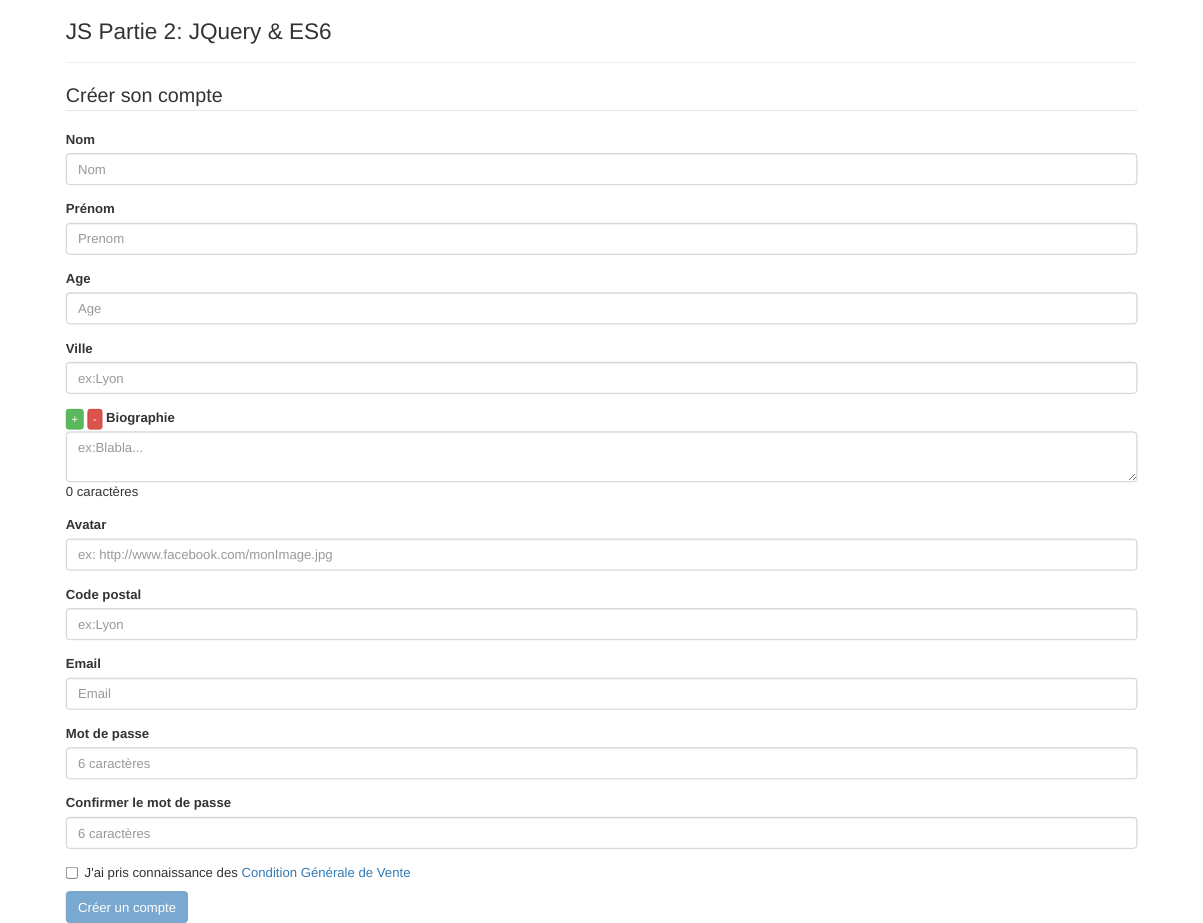
Repository: Symfomany/WildJQueryForm
Page: index.html
These files come from the project's save history. The page is drawn as it stood at one moment and after the next save; the edit follows.
The browser window is 1280 px wide. The pictures show the whole page, at 94% of full size.

Above is the page before, as saved 2017-03-06 07:02:58.

### index.html
<!DOCTYPE html>
<html lang="en">

<head>
    <title></title>
    <meta charset="UTF-8">
    <meta name="viewport" content="width=device-width, initial-scale=1">
    <!-- Latest compiled and minified CSS & JS -->
    <link rel="stylesheet" media="screen" href="http://netdna.bootstrapcdn.com/bootstrap/3.3.4/css/bootstrap.min.css">

</head>

<body>

    <div class="container">

        <h3>JS Partie 2: JQuery & ES6</h3>
        <hr />


        <form action="" method="POST" role="form">
            <legend>Créer son compte</legend>

            <div class="form-group">
                <label for="">Nom</label>
                <input type="text" class="form-control" id="nom" placeholder="Nom">
            </div>

            <div class="form-group">
                <label for="">Prénom</label>
                <input type="text" class="form-control" id="prenom" placeholder="Prenom">
            </div>

            <div class="form-group">
                <label for="">Age</label>
                <input type="text" class="form-control" id="age" placeholder="Age">
            </div>

            <div class="form-group">
                <label for="">Ville</label>
                <input type="text" class="form-control" id="ville" placeholder="ex:Lyon">
            </div>

            <div class="form-group">
                <button class="btn btn-xs btn-success">+</button>
                <button class="btn btn-xs btn-danger">-</button>
                <label for="">Biographie</label>
                <textarea class="form-control" id="biography" placeholder="ex:Blabla..."></textarea>
                <span id="nbCars">0</span> caractères
            </div>



            <div class="form-group">
                <label for="">Avatar</label>
                <input type="url" class="form-control" id="avatar" placeholder="ex: http://www.facebook.com/monImage.jpg">
            </div>

            <div class="form-group">
                <label for="">Code postal</label>
                <input type="text" class="form-control" id="cp" placeholder="ex:Lyon">
            </div>

            <div class="form-group">
                <label for="">Email</label>
                <input type="email" class="form-control" id="email" placeholder="Email">
            </div>

            <div class="form-group">
                <label for="">Mot de passe</label>
                <input type="password" class="form-control" id="password" placeholder="6 caractères">
            </div>

            <div class="form-group">
                <label for="">Confirmer le mot de passe</label>
                <input type="password" class="form-control" id="password" placeholder="6 caractères">
            </div>


            <div class="checkbox">
                <label>
                    <input type="checkbox"> J'ai pris connaissance des <a>Condition Générale de Vente</a>
                </label>
            </div>


            <button disabled type="submit" class="btn btn-primary">Créer un compte</button>
        </form>


    </div>

    <script src="http://code.jquery.com/jquery.js"></script>
    <script src="http://netdna.bootstrapcdn.com/bootstrap/3.3.4/js/bootstrap.min.js"></script>

</body>

</html>

After the next save:
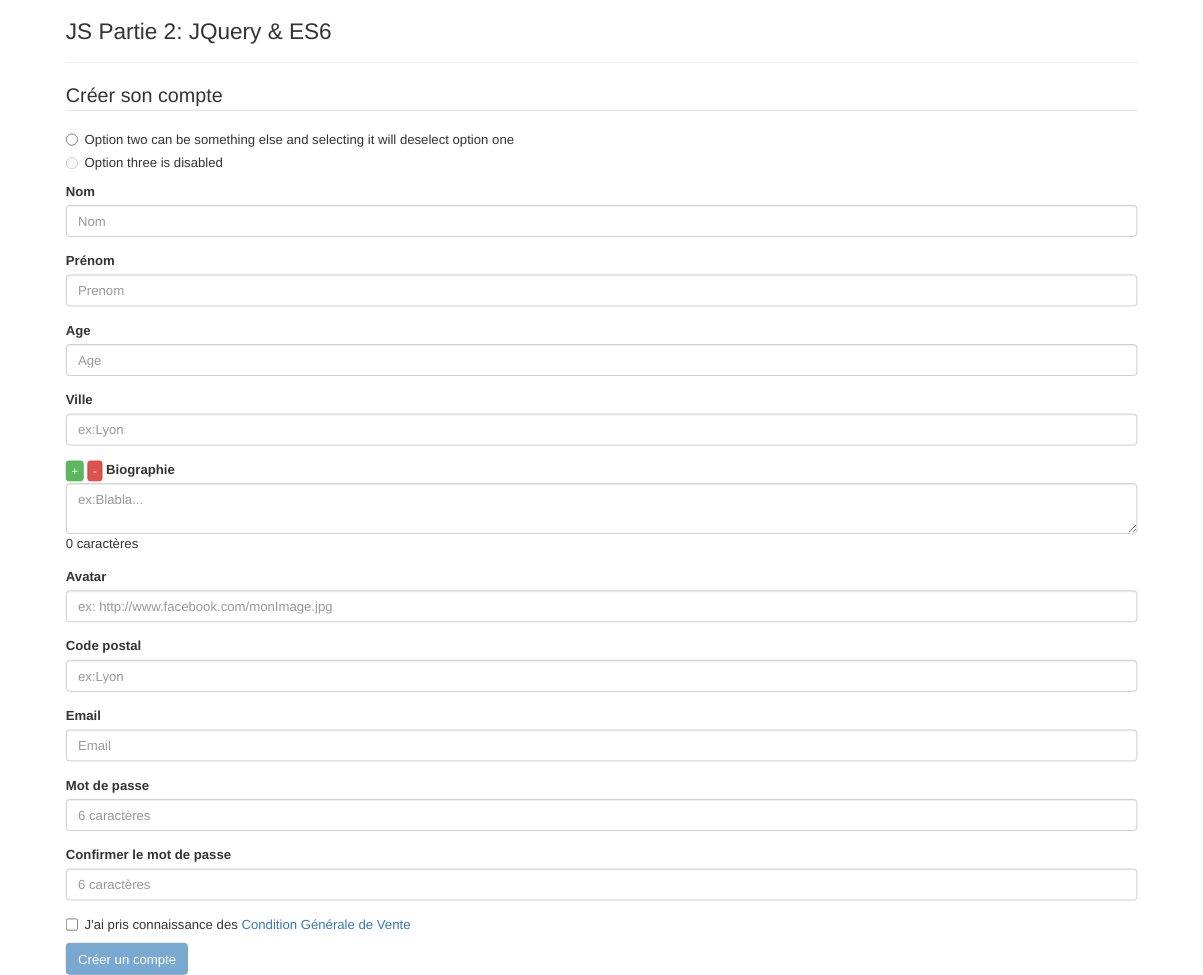
Saved 25 s later.
--- a/index.html
+++ b/index.html
@@ -20,6 +20,20 @@
 
         <form action="" method="POST" role="form">
             <legend>Créer son compte</legend>
+
+            <div class="radio">
+                <label>
+    <input type="radio" name="optionsRadios" id="optionsRadios2" value="option2">
+    Option two can be something else and selecting it will deselect option one
+  </label>
+            </div>
+            <div class="radio disabled">
+                <label>
+    <input type="radio" name="optionsRadios" id="optionsRadios3" value="option3" disabled>
+    Option three is disabled
+  </label>
+            </div>
+
 
             <div class="form-group">
                 <label for="">Nom</label>
